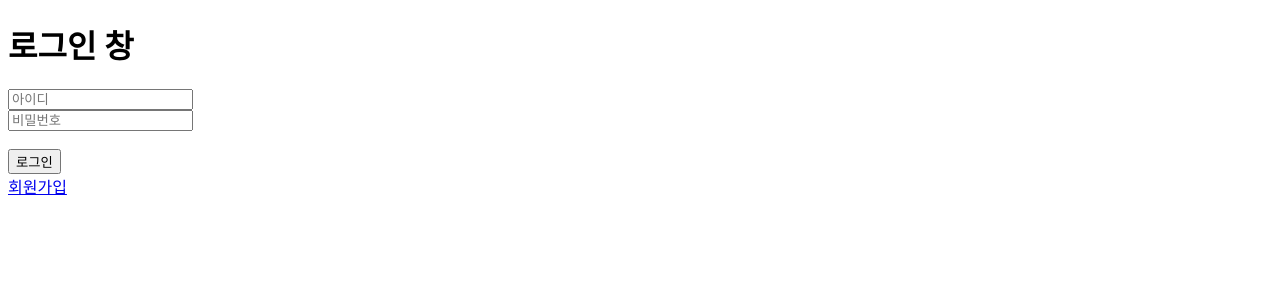
Repository: hanbeen03/javabasic
Page: http://localhost/JDBCBasic/users/users_login_form.jsp
These files come from the project's save history. The page is drawn as it stood at one moment and after the next save; the edit follows.
The browser window is 1280 px wide. The pictures show the whole page.
The page is served by Tomcat 9. Other server files are loaded and not shown.

Above is the page before, as saved 2021-08-03 09:05:10.

### JDBCBasic/WebContent/users/users_login_form.jsp
<%@ page language="java" contentType="text/html; charset=UTF-8"
    pageEncoding="UTF-8"%>
<!DOCTYPE html>
<html>
<head>
<meta charset="UTF-8">
<title>로그인 창</title>
</head>
<body>
	<h1>로그인 창</h1>
	<form action="users_login_ok.jsp" method="post">
		<input type="text" name="id" placeholder="아이디" /><br/>
		<input type="password" name="pw" placeholder="비밀번호" /><br/><br/>
		<input type="submit" value="로그인" /><br/>
		<a href="users_join_form.jsp">회원가입</a>
	</form>
</body>
</html>

After the next save:
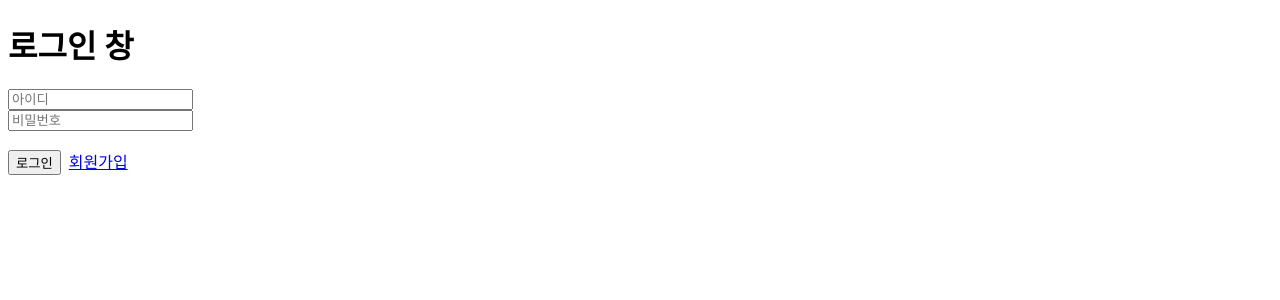
Saved 23 s later.
--- a/JDBCBasic/WebContent/users/users_login_form.jsp
+++ b/JDBCBasic/WebContent/users/users_login_form.jsp
@@ -11,7 +11,7 @@
 	<form action="users_login_ok.jsp" method="post">
 		<input type="text" name="id" placeholder="아이디" /><br/>
 		<input type="password" name="pw" placeholder="비밀번호" /><br/><br/>
-		<input type="submit" value="로그인" /><br/>
+		<input type="submit" value="로그인" />&nbsp;
 		<a href="users_join_form.jsp">회원가입</a>
 	</form>
 </body>
